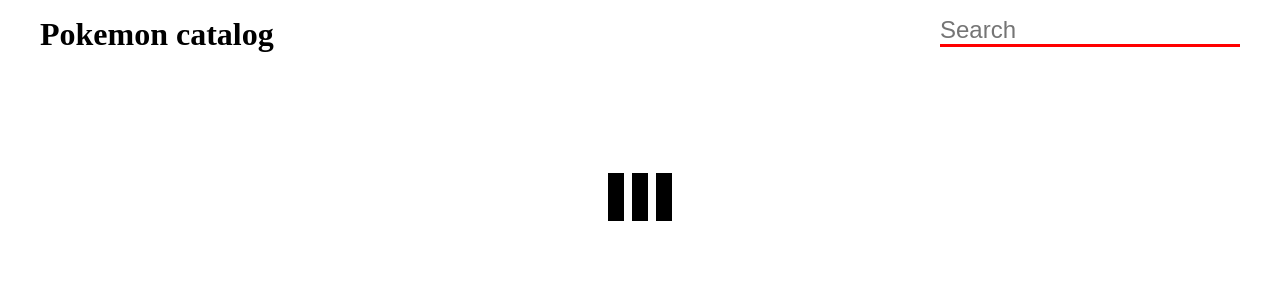
Repository: Ryszard-Penkala/pokemon-API
Page: index.html
The author's editor kept a copy of each file at every save. The page is drawn from the files as they stood at one save, then again after the next save.
The browser window is 1280 px wide. The pictures show the whole page.
The first visible `.header-main__searching` has the focus.
The page's requests for data from a server got no answer.

Above is the page before, as saved 2020-06-28 18:07:31.

After the next save:
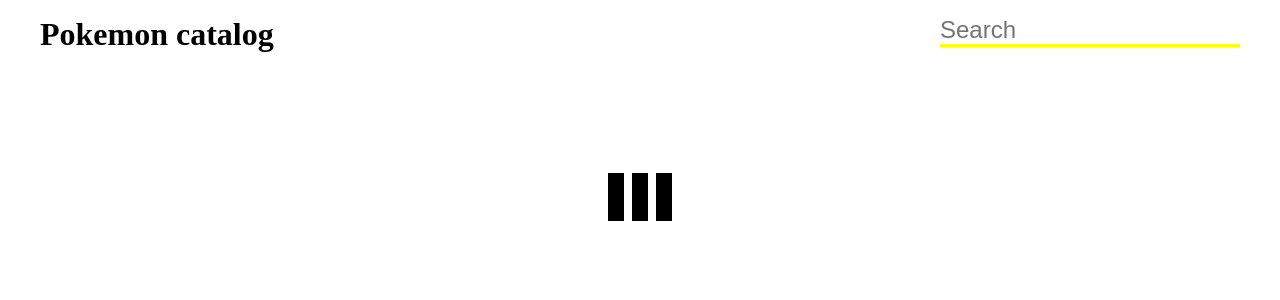
Saved 13 s later.
--- a/assets/styles/styles.css
+++ b/assets/styles/styles.css
@@ -37,6 +37,7 @@
 
 .header-main__searching:focus{
   outline: none;
+  border-bottom: 3px solid yellow;
 }
 
 .header-main__search-label{
